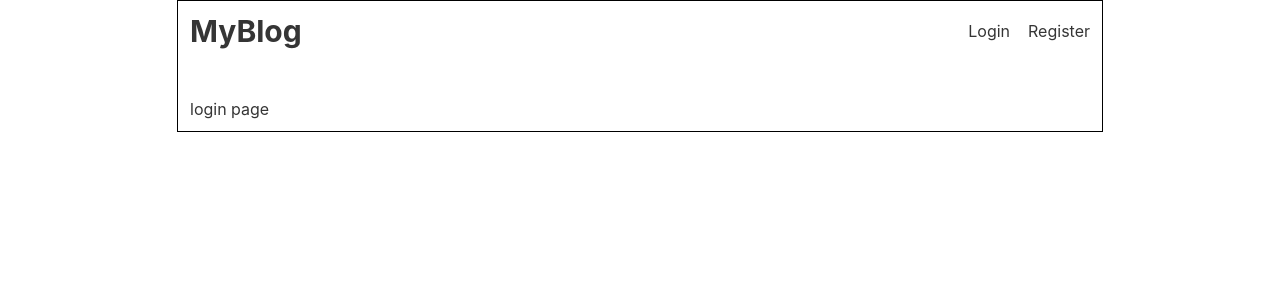
Repository: ateeque-219/BlogApp
Page: /login (app in blogapp/)
These files come from the project's save history. The page is drawn as it stood at one moment and after a run of saves; the edit follows.
The browser window is 1280 px wide. The pictures show the whole page.
The project was rebuilt for these pictures with package versions that can differ from the ones it lists, and the page was loaded fresh each time. Also part of the build but not shown: blogapp/src/Post.js, blogapp/src/pages/Indexpage.js, blogapp/src/pages/LoginPage.js.

Above is the page before, as saved 2024-01-09 12:38:10.

### blogapp/src/index.js
import React from 'react';
import ReactDOM from 'react-dom/client';
import './index.css';
import App from './App';
import  { BrowserRouter } from "react-router-dom";

const root = ReactDOM.createRoot(document.getElementById('root'));
root.render(
  <React.StrictMode>
   <BrowserRouter>
   <App />
   </BrowserRouter>
  </React.StrictMode>
);

### blogapp/src/App.js

import { Route, Routes } from 'react-router';
import './App.css';
import Layoutt from './Layoutt';
import Indexpage from './pages/Indexpage';
import LoginPage from './pages/LoginPage';
function App() {
  return (
    <Routes>
      <Route path="/" element={<Layoutt />}>
        <Route index element={<Indexpage />} />
        <Route path='/login' element={<div>login page</div>} />
      </Route>
    </Routes>
  );
}

export default App;

### blogapp/src/App.css
body{
  color: #353535;
}
img{
  max-width: 100%;
}
main{
  padding: 12px;
  max-width: 900px;
  margin:0 auto ;
  border: 1px solid black;
}
header{
 display: flex;
 justify-content: space-between;
 margin-bottom: 50px;
 align-items: center;
}
header a{
  text-decoration: none;
  color: inherit;
}
header a.logo{
  font-weight: bolder;
  font-size: 30px;
}
header nav{
  display: flex;
  gap: 18px;
}
div.post{
  display: flex;
  gap: 22px;
   margin-bottom: 44px;
}
div.texts{
  margin: 0;
  padding: 0;
}

.texts h2 {
  margin: 0;
}

.image {
  margin-top: 18px;
  width: 600px;
}
div.post p.info{
  margin: 5px 0;
  display: flex;
  gap: 5px;
  font-weight: bold;
  color: #888;
  font-size: 1rem;

}
div.post p.info a.author{
  color: #333;
}
div.post p.summary{
  margin:4px 0;
  line-height: 1.5rem;
}

### blogapp/src/Layoutt.js
import React from 'react'
import Head from './Head'
import { Outlet } from 'react-router-dom'
const Layoutt = () => {
  return (
    <main>
      <Head></Head>
      <Outlet/>
    </main>
  )
}

export default Layoutt

### blogapp/src/Head.js
import React from 'react'
import { Link } from 'react-router-dom';
const Head = () => {
  return (
    <div><header>
    <Link to="/" className="logo">MyBlog</Link>
    <nav>
      <Link to="/login">Login</Link>
      <Link to="/register">Register</Link>
    </nav>
  </header></div>
  );
};
export default Head;

Loaded but not shown: blogapp/public/index.html (common file); blogapp/src/index.css (common file)

After the next 2 saves:
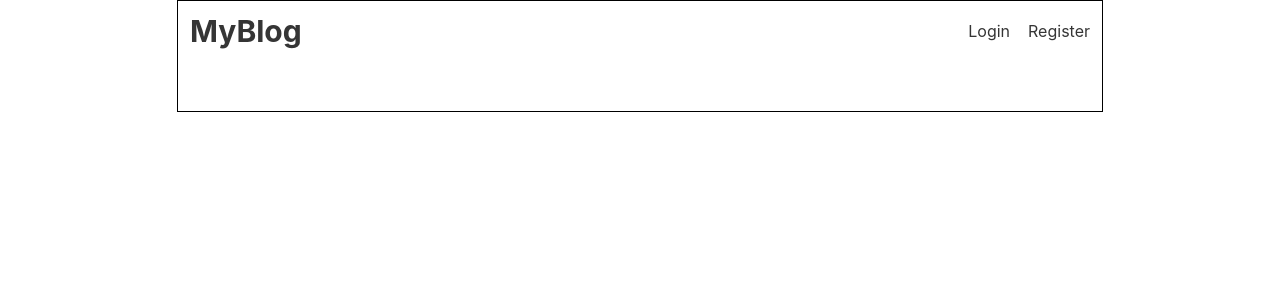
The 2 saves are shown as one change because they came seconds apart.
The last was saved 9 s later.
--- a/blogapp/src/App.js
+++ b/blogapp/src/App.js
@@ -9,7 +9,7 @@ function App() {
     <Routes>
       <Route path="/" element={<Layoutt />}>
         <Route index element={<Indexpage />} />
-        <Route path='/login' element={<div>login page</div>} />
+        <Route path='/login' element={LoginPage} />
       </Route>
     </Routes>
   );
